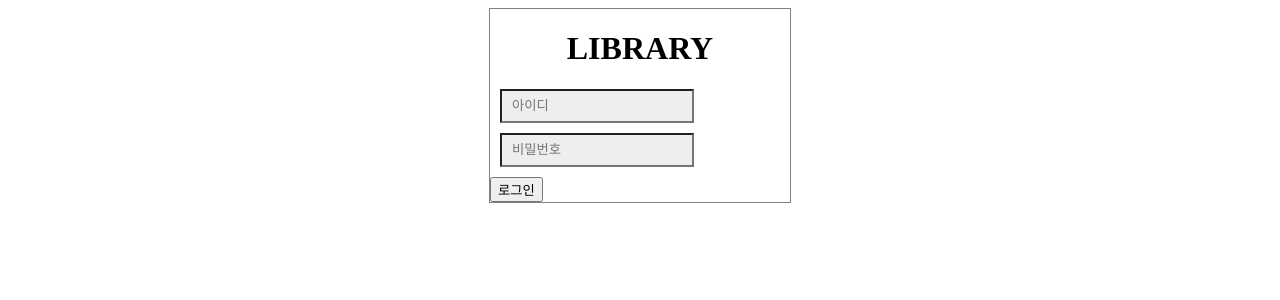
Repository: 753kg/753kg.github.io
Page: KOSTA/webProject/WebContent/project_library/lib_login.html
The author's editor kept a copy of each file at every save. The page is drawn from the files as they stood at one save, then again after the next save.
The browser window is 1280 px wide. The pictures show the whole page.

Above is the page before, as saved 2021-03-31 08:40:25.

### KOSTA/webProject/WebContent/project_library/lib_login.html
<!DOCTYPE html>
<html>
<head>
<meta charset="UTF-8">
<title>로그인</title>
<link rel="stylesheet" type="text/css" href="css/lib-login.css">
</head>
<body>
<main>
<h1>LIBRARY</h1>
<form action="lib_login.jsp" method="post">
  <div class="id_area">
  	<input type="text" id="userid" name="userid" placeholder="아이디">
  </div>
  <div class="pw_area">
  	<input type="password" id="userpw" name="userpw" placeholder="비밀번호">
  </div>
  <div>
    <input type="submit" value="로그인">
  </div>


</form>

</main>
</body>
</html>

### KOSTA/webProject/WebContent/project_library/css/lib-login.css
main {
	border: 1px solid gray;
	width: 300px;
	margin: 0 auto;
}

h1 {
	text-align: center;
}

.id_area input, .pw_area input{
	display: block;
	width:180px;
	height: 30px;
	padding: 0px 0px 0px 10px;
	margin: 10px;
	background-color: #eee;
}

After the next save:
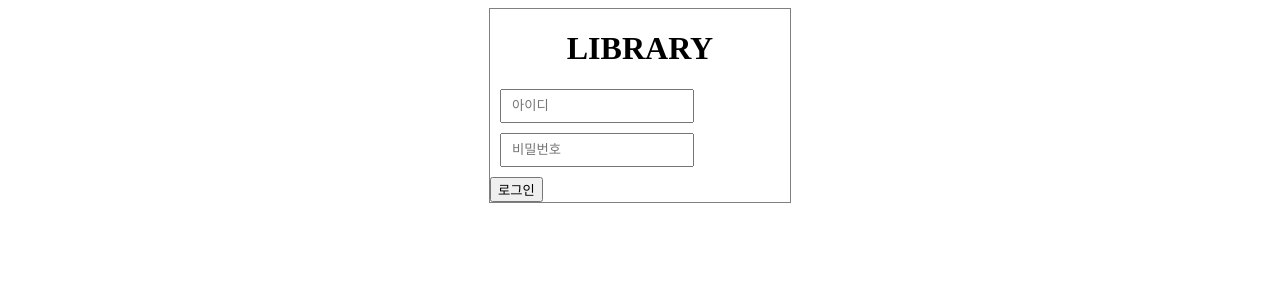
Saved 7 s later.
--- a/KOSTA/webProject/WebContent/project_library/css/lib-login.css
+++ b/KOSTA/webProject/WebContent/project_library/css/lib-login.css
@@ -14,5 +14,4 @@ h1 {
 	height: 30px;
 	padding: 0px 0px 0px 10px;
 	margin: 10px;
-	background-color: #eee;
 }
